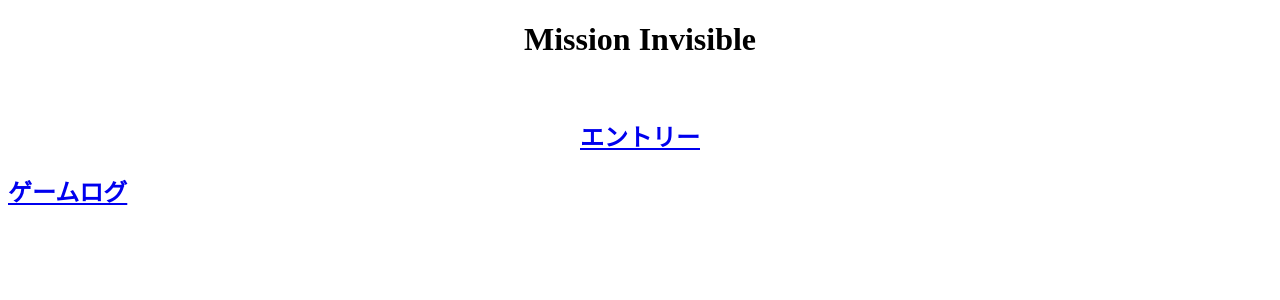
Repository: shoma2491/Mission_Invisible
Page: src/main/resources/static/index.html
The author's editor kept a copy of each file at every save. The page is drawn from the files as they stood at one save, then again after a run of saves.
The browser window is 1280 px wide. The pictures show the whole page.

Above is the page before, as saved 2022-01-18 14:46:49.

### src/main/resources/static/index.html
<!DOCTYPE html>
<html>

<head>
  <meta charset="utf-8">
  <title>Mission Invisible</title>
</head>

<body>
  <h1 style="text-align:center">Mission Invisible</h1><br />
  <h2 style="text-align:center"><a href="/entry">エントリー</a><br/></h2>
  <h2><a href="/log" style="text-align:center">ゲームログ</a><br/></h2>
</body>

</html>

After the next 2 saves:
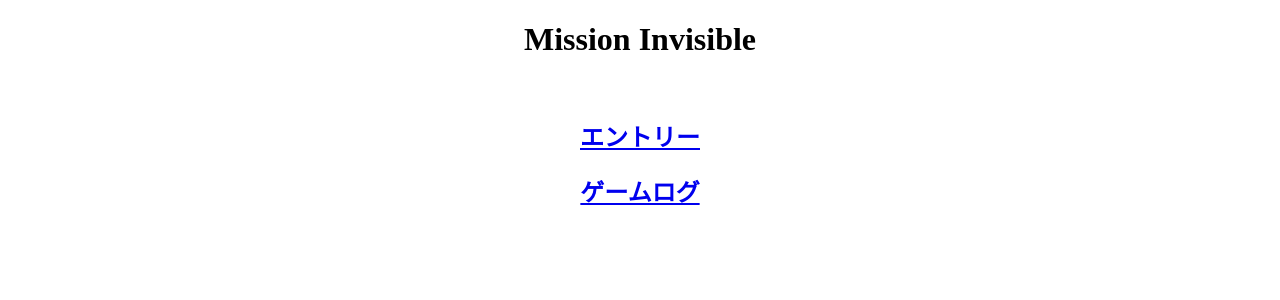
The 2 saves are shown as one change because they came seconds apart.
The last was saved 12 s later.
--- a/src/main/resources/static/index.html
+++ b/src/main/resources/static/index.html
@@ -9,7 +9,7 @@
 <body>
   <h1 style="text-align:center">Mission Invisible</h1><br />
   <h2 style="text-align:center"><a href="/entry">エントリー</a><br/></h2>
-  <h2><a href="/log" style="text-align:center">ゲームログ</a><br/></h2>
+  <h2 style="text-align:center"><a href="/log">ゲームログ</a><br/></h2>
 </body>
 
 </html>
